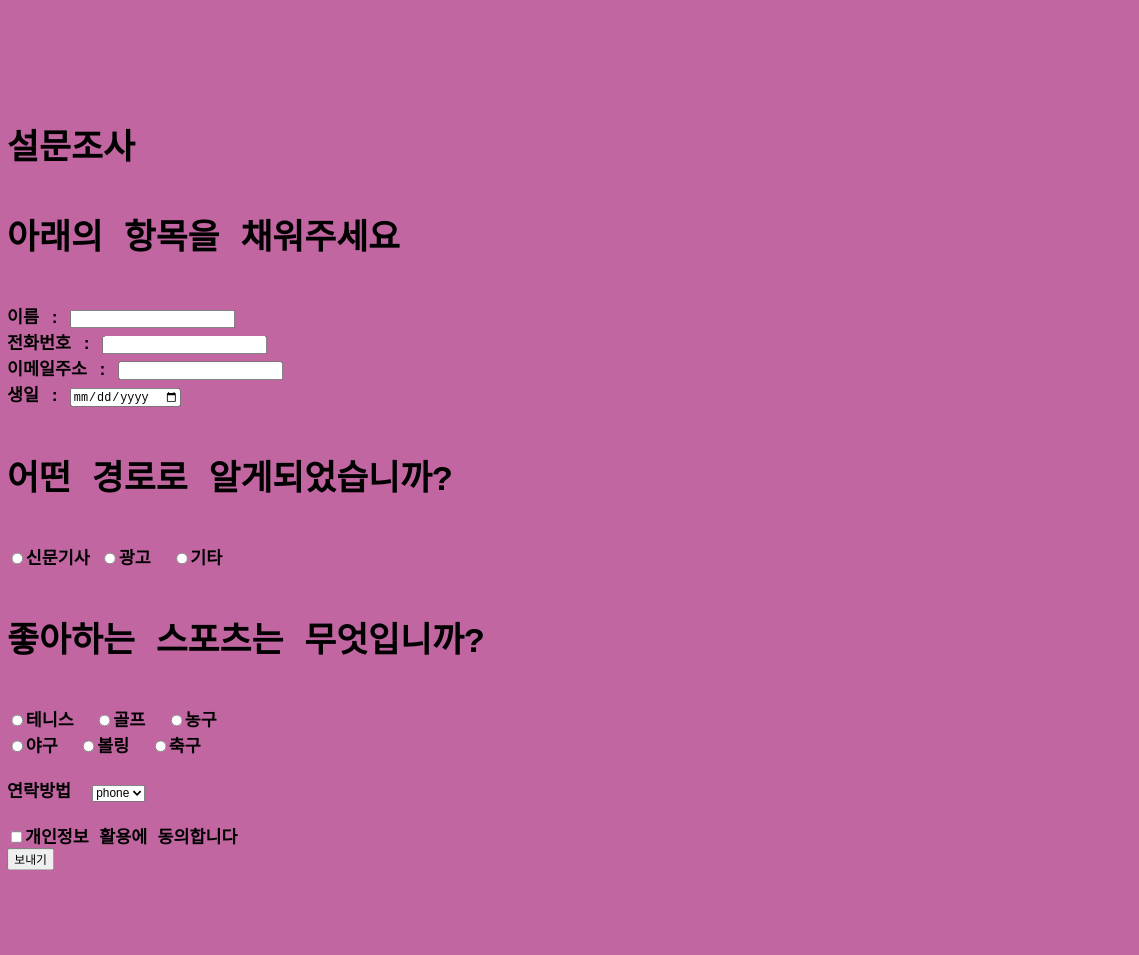
Repository: violetaplum/eclipseJSP
Page: http://localhost/JSP/jsp_DB/dao.jsp
These files come from the project's save history. The page is drawn as it stood at one moment and after a run of saves; the edit follows.
The browser window is 1280 px wide. The pictures show the whole page, at 89% of full size.
The page is served by Tomcat 9. Other server files are loaded and not shown.

Above is the page before, as saved 2019-06-12 10:04:59.

### JSP/WebContent/jsp_DB/dao.jsp
<%@page import="java.sql.PreparedStatement"%>
<%@page import="java.sql.DriverManager"%>
<%@page import="java.sql.Connection"%>
<%@page import="java.sql.ResultSet" %>
<%@page import="java.util.ArrayList"%>
<%-- <%@page import="telinfoDAO.TelInfoDAO"%>
<%@page import="telinfoVO.TelInfoVO"%> --%>
<%@ page language="java" contentType="text/html; charset=UTF-8"
    pageEncoding="UTF-8"%>
<%request.setCharacterEncoding("utf-8");%>

<%-- <%
response.setCharacterEncoding("utf-8");
TelInfoDAO tidao = new TelInfoDAO();
ArrayList<TelInfoVO> tiArray = tidao.getAllInfo();

%> --%>
<!DOCTYPE html>
<html>
<head>
  <style>
  body
  {
    background: #c166a1;
    align:center;
  }
  </style>

</head>
<body>
<h2>
<pre>

<form action="./dao2.jsp" method="get">
<h1>
설문조사

아래의 항목을 채워주세요
</h1>
이름 : <input type="text" name="name" />
전화번호 : <input type="text" name="tel" />
이메일주소 : <input type="text" name="email" />
생일 : <input type="date" name="birth" />

<h1>어떤 경로로 알게되었습니까?</h1>
<input type="radio" name="radio1" value="신문기사"/>신문기사 <input type="radio" name="radio1" value="광고"/>광고  <input type="radio" name="radio1" value="기타" />기타

<h1>좋아하는 스포츠는 무엇입니까?</h1>
<input type="radio" name="radio2" value="테니스" />테니스  <input type="radio" name="radio2" value="골프" />골프  <input type="radio" name="radio2" value="농구" />농구
<input type="radio" name="radio2" value="야구" />야구  <input type="radio" name="radio2" value="볼링" />볼링  <input type="radio" name="radio2" value="축구" />축구

연락방법  <select name="select" id="select" value="select">
          <option value="phone">
            phone
          </option>
          <option value="email">
            email
          </option>
          <option value="sms">
            sms
          </option>
</select>

<input type="checkbox" name="check" />개인정보 활용에 동의합니다
<input type="submit" value="보내기" />


</form>
</pre>


</h2>
</body>
</html>

After the next 2 saves:
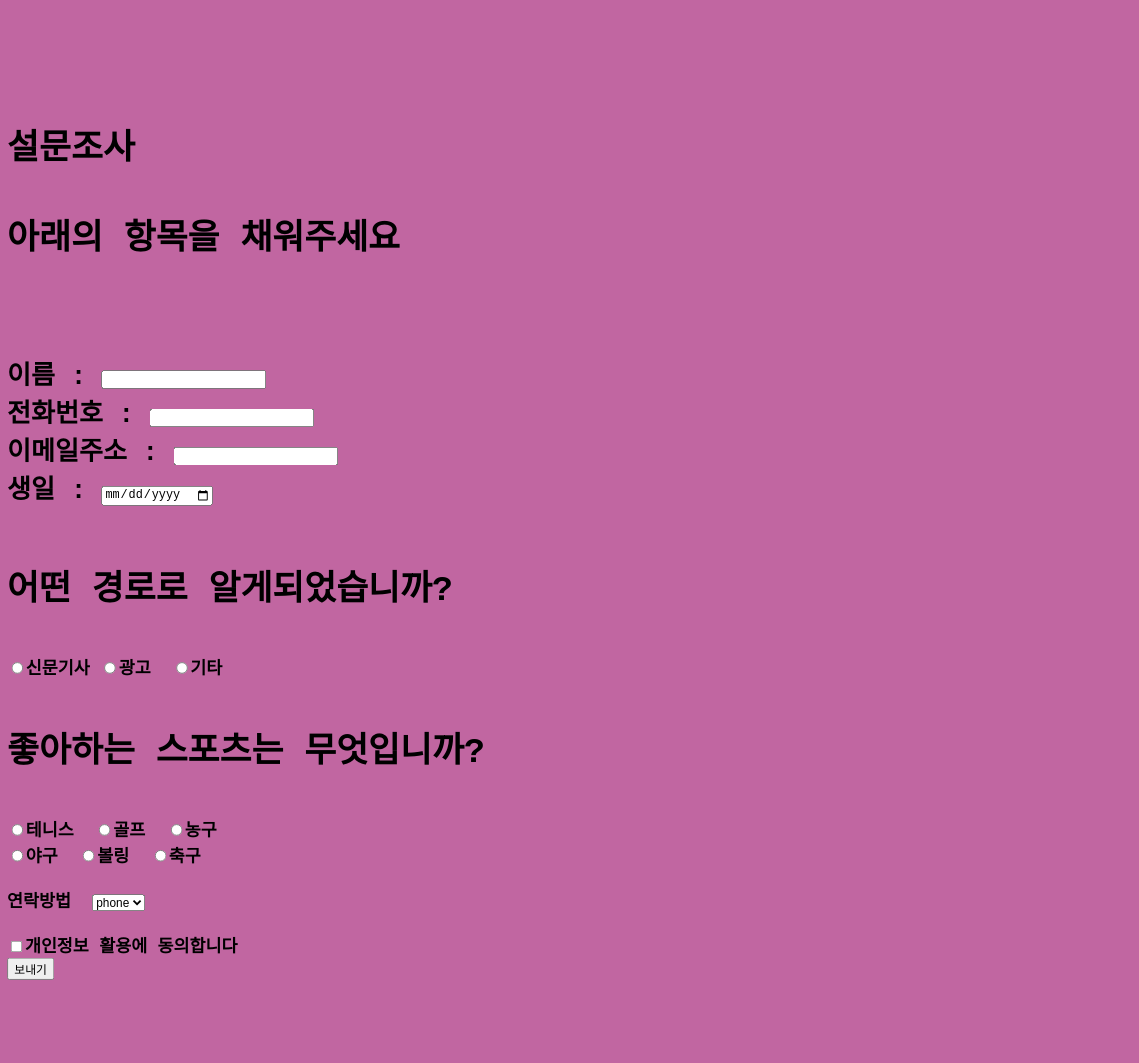
The 2 saves are shown as one change because they came seconds apart.
The last was saved 30 s later.
--- a/JSP/WebContent/jsp_DB/dao.jsp
+++ b/JSP/WebContent/jsp_DB/dao.jsp
@@ -37,6 +37,7 @@ ArrayList<TelInfoVO> tiArray = tidao.getAllInfo();
 
 아래의 항목을 채워주세요
 </h1>
+<h2>
 이름 : <input type="text" name="name" />
 전화번호 : <input type="text" name="tel" />
 이메일주소 : <input type="text" name="email" />
